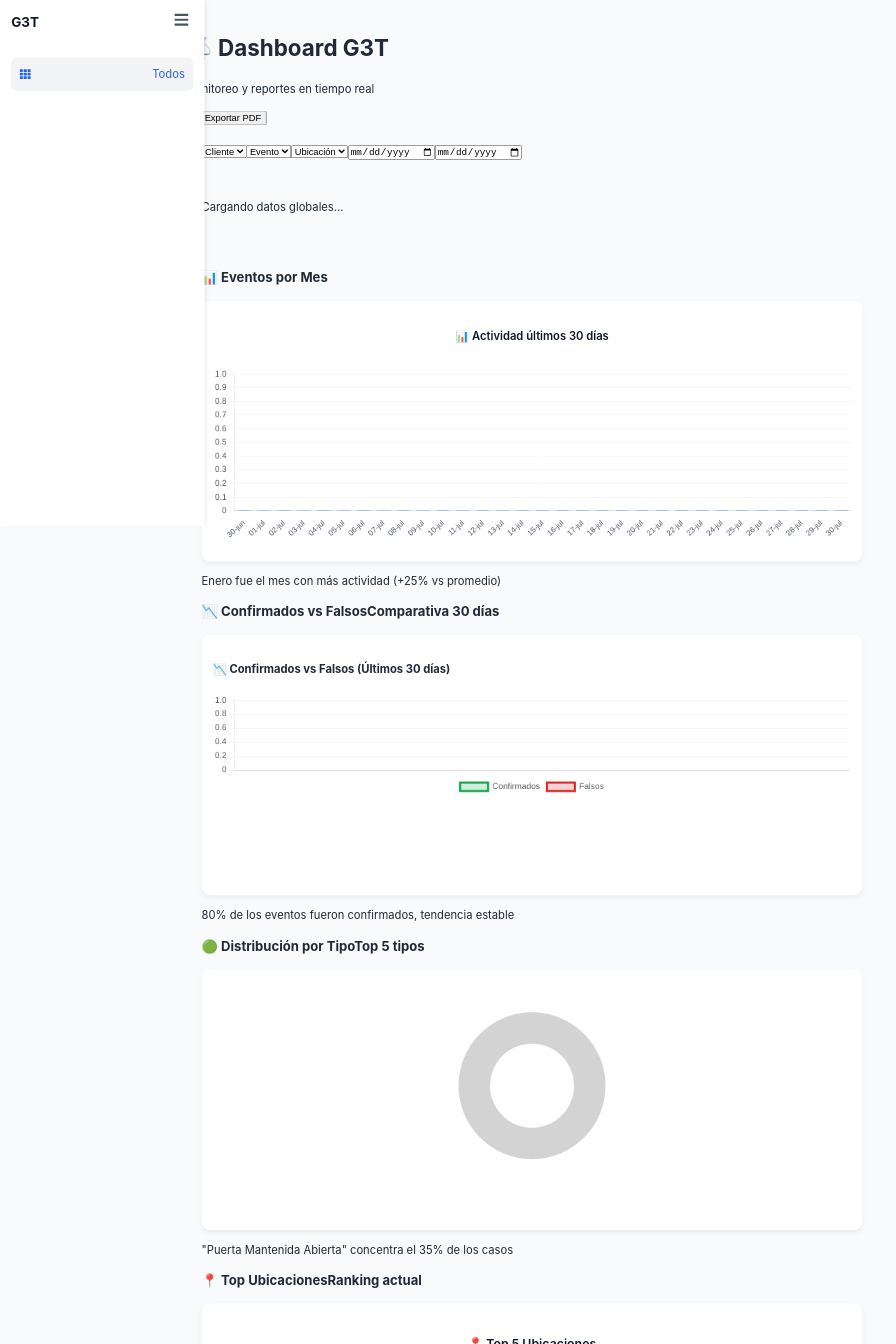
Repository: BBrian11/reportes
Page: /
An editor plug-in stored every save of this project. The page is shown before and after the next save, followed by the edit.
The browser window is 1280 px wide. The pictures show the part of the page from y = 0 to 1920 px (the page is 2727 px tall before and 2599 px after), at 70% of full size.
The page's requests for data from a server got no answer. The project was rebuilt for these pictures with package versions that can differ from the ones it lists, and the page was loaded fresh each time. No one was signed in, and anything a server would have sent is missing. Also part of the build but not shown: vite.config.js, src/styles/tgsstats.css, src/components/Dashboard/TgsStats.jsx, src/styles/edificiostats.css, src/components/Dashboard/EdificioStats.jsx, src/styles/vtvstats.css, src/components/Dashboard/VtvStats.jsx, src/styles/globalstats.css and 3 more.

Above is the page before, as saved 2025-07-30 12:58:54.

After the next save:
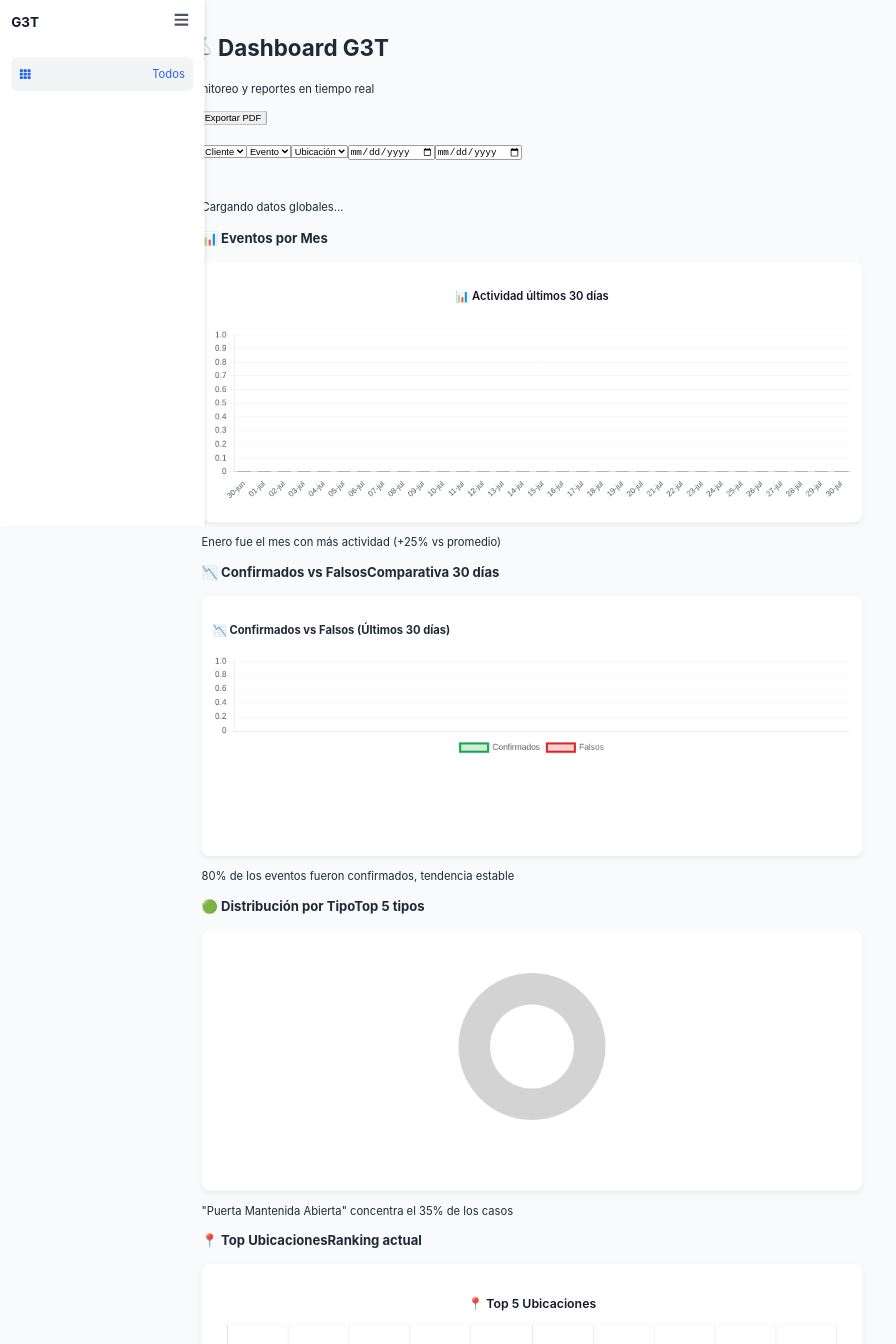
Saved 99 s later.
--- a/src/components/Dashboard/Dashboard.jsx
+++ b/src/components/Dashboard/Dashboard.jsx
@@ -23,24 +23,16 @@ export default function Dashboard() {
     fechaFin: "",
   });
 
-  // ✅ Selección desde Sidebar
+  // ✅ Sidebar handlers
   const handleSelectCliente = (cliente) => {
-    setFiltros({
-      ...filtros,
-      cliente: cliente === "Todos" ? "" : cliente,
-      ubicacion: "",
-    });
+    setFiltros({ ...filtros, cliente: cliente === "Todos" ? "" : cliente, ubicacion: "" });
   };
 
   const handleSelectUbicacion = (cliente, ubicacion) => {
-    setFiltros({
-      ...filtros,
-      cliente,
-      ubicacion,
-    });
+    setFiltros({ ...filtros, cliente, ubicacion });
   };
 
-  // ✅ Cargar eventos Firestore
+  // ✅ Firestore listener
   useEffect(() => {
     const collections = [
       { path: "novedades/tgs/eventos", cliente: "TGS", eventoKey: "evento-tgs", ubicacionKey: "locaciones-tgs" },
@@ -69,66 +61,51 @@ export default function Dashboard() {
             cliente,
             evento: d[eventoKey] || "Sin Evento",
             ubicacion,
-            fecha: d.fechaHoraEnvio
-              ? new Date(d.fechaHoraEnvio.seconds * 1000).toLocaleString("es-AR")
-              : "Sin Fecha",
+            fecha: d.fechaHoraEnvio ? new Date(d.fechaHoraEnvio.seconds * 1000).toLocaleString("es-AR") : "Sin Fecha",
             fechaObj: d.fechaHoraEnvio ? new Date(d.fechaHoraEnvio.seconds * 1000) : null,
             observacion: d[`observaciones-${cliente.toLowerCase()}`] || "Sin Observación",
           };
         });
 
-        setEventos((prev) => {
-          const filtradosPrev = prev.filter((e) => e.cliente !== cliente);
-          return [...filtradosPrev, ...nuevos];
-        });
+        setEventos((prev) => [...prev.filter((e) => e.cliente !== cliente), ...nuevos]);
       })
     );
 
     return () => unsubscribes.forEach((unsub) => unsub());
   }, []);
 
-  // ✅ Filtrar eventos dinámicamente
-  const eventosFiltrados = eventos
-    .filter((e) => {
-      const fechaEvento = e.fechaObj;
-      const fechaInicio = filtros.fechaInicio ? new Date(filtros.fechaInicio) : null;
-      const fechaFin = filtros.fechaFin ? new Date(filtros.fechaFin) : null;
+  // ✅ Filtrado dinámico
+  const eventosFiltrados = eventos.filter((e) => {
+    const fechaEvento = e.fechaObj;
+    const fechaInicio = filtros.fechaInicio ? new Date(filtros.fechaInicio) : null;
+    const fechaFin = filtros.fechaFin ? new Date(filtros.fechaFin) : null;
 
-      return (
-        (!filtros.cliente || e.cliente === filtros.cliente) &&
-        (!filtros.ubicacion || e.ubicacion === filtros.ubicacion) &&
-        (!filtros.evento || e.evento === filtros.evento) &&
-        (!fechaInicio || fechaEvento >= fechaInicio) &&
-        (!fechaFin || fechaEvento <= fechaFin)
-      );
-    })
-    .sort((a, b) => a.fechaObj - b.fechaObj);
+    return (
+      (!filtros.cliente || e.cliente === filtros.cliente) &&
+      (!filtros.ubicacion || e.ubicacion === filtros.ubicacion) &&
+      (!filtros.evento || e.evento === filtros.evento) &&
+      (!fechaInicio || fechaEvento >= fechaInicio) &&
+      (!fechaFin || fechaEvento <= fechaFin)
+    );
+  });
 
   return (
     <div className="dashboard-layout">
-      <Sidebar
-        eventos={eventos}
-        onSelectCliente={handleSelectCliente}
-        onSelectUbicacion={handleSelectUbicacion}
-      />
+      <Sidebar eventos={eventos} onSelectCliente={handleSelectCliente} onSelectUbicacion={handleSelectUbicacion} />
 
       <main className="dashboard-main">
         <Header />
         <div className="dashboard-content">
           <Filters filtros={filtros} setFiltros={setFiltros} eventos={eventos} />
 
-          {/* ✅ Vista general */}
-          {!filtros.cliente && (
-            <>
+          {!filtros.cliente ? (
+            <div className="grid-layout">
               <GlobalStats eventos={eventosFiltrados} />
               <Charts eventos={eventosFiltrados} />
               <EventsTable eventos={eventosFiltrados} />
-            </>
-          )}
-
-          {/* ✅ Vista por cliente */}
-          {filtros.cliente && (
-            <>
+            </div>
+          ) : (
+            <div className="grid-layout">
               <MiniCharts eventos={eventosFiltrados} />
 
               {filtros.cliente === "TGS" && <TgsStats eventos={eventosFiltrados} />}
@@ -137,7 +114,7 @@ export default function Dashboard() {
 
               <Charts eventos={eventosFiltrados} />
               <EventsTable eventos={eventosFiltrados} />
-            </>
+            </div>
           )}
         </div>
       </main>
